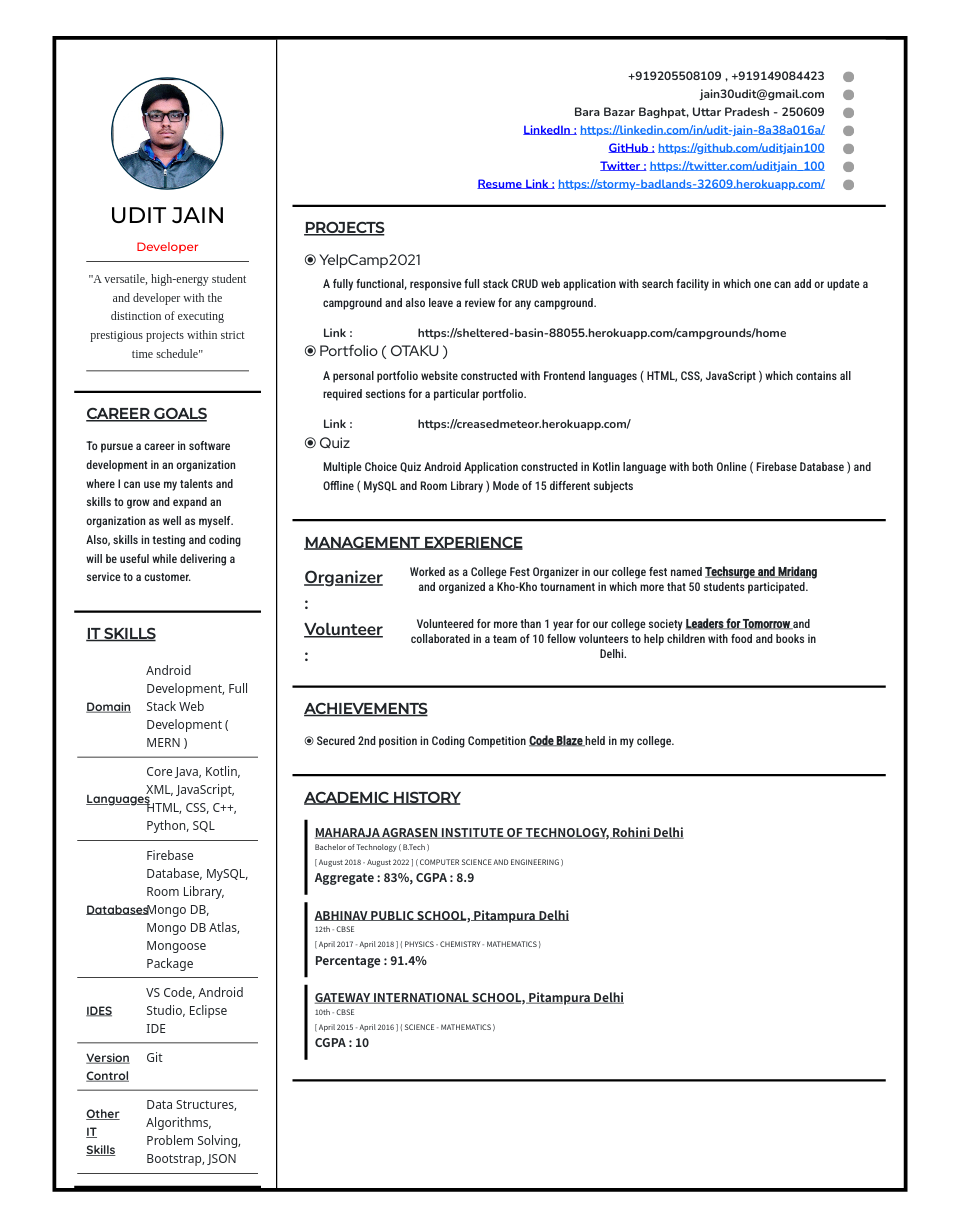
Repository: uditjain100/Resume
Page: app.html
The author's editor kept a copy of each file at every save. The page is drawn from the files as they stood at one save, then again after the next save.
The browser window is 1280 px wide. The pictures show the whole page, at 75% of full size.
Pictures or frames that could not be fetched are drawn as grey boxes. Some web fonts or font styles are not loaded; a fallback is used.

Above is the page before, as saved 2021-05-27 20:51:03.

After the next save:
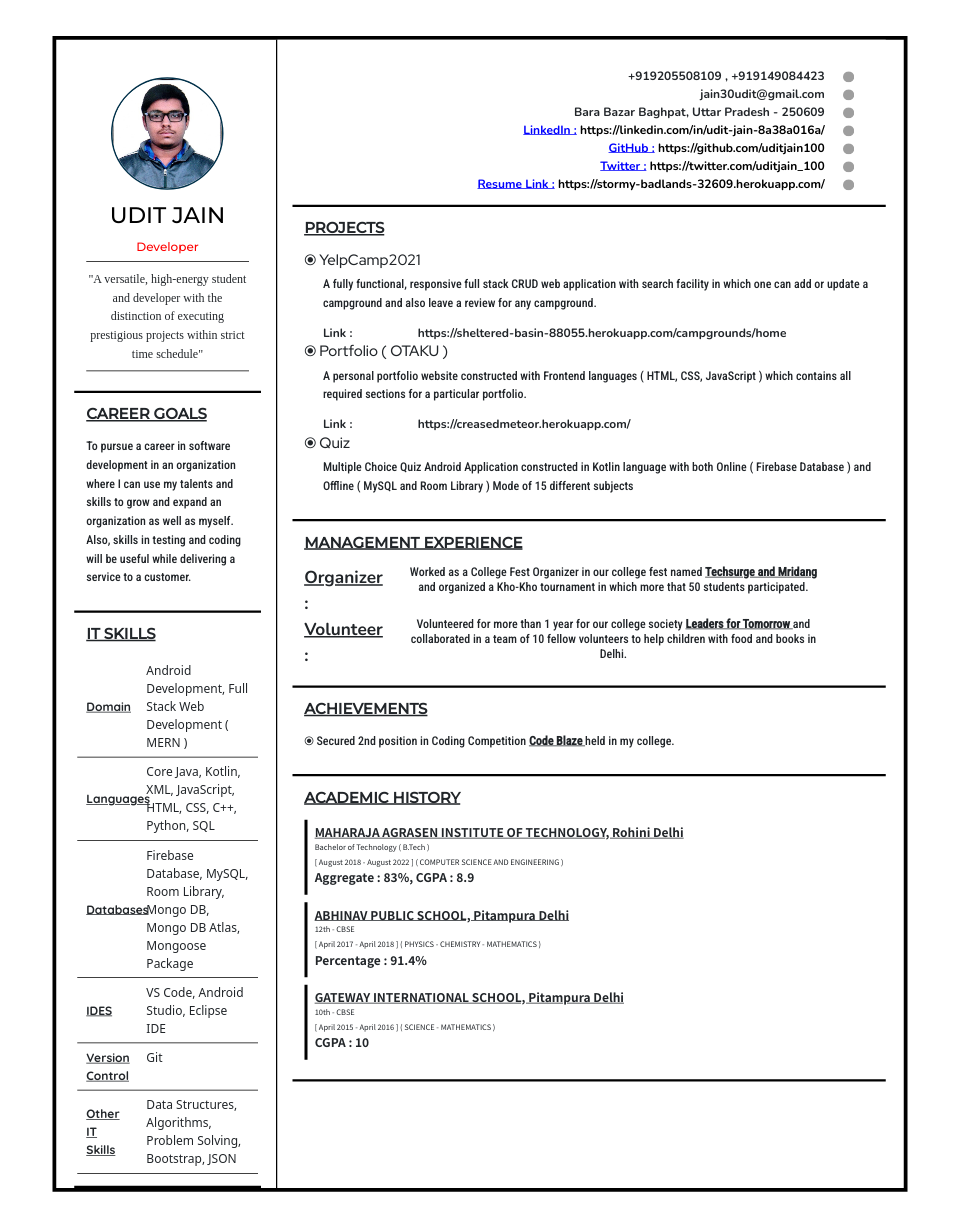
Saved 65 s later.
--- a/app.css
+++ b/app.css
@@ -160,7 +160,7 @@
 	text-decoration: underline;
 }
 
-#contactitem .col-11 a span {
+#contactitem .col-11 a {
 	color: black;
 	text-decoration: none;
 }

After the save that followed:
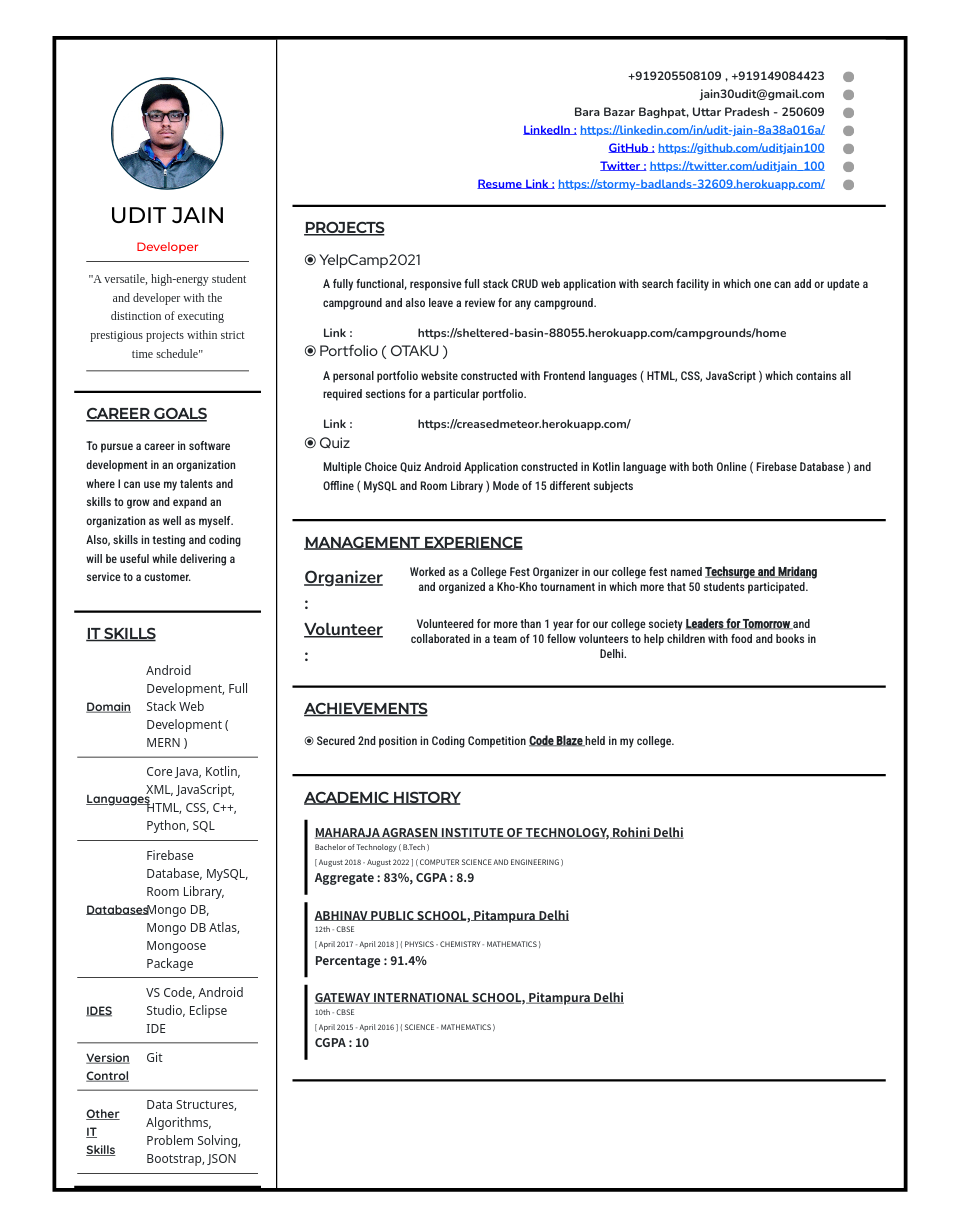
Saved 19 s later.
--- a/app.css
+++ b/app.css
@@ -160,11 +160,6 @@
 	text-decoration: underline;
 }
 
-#contactitem .col-11 a {
-	color: black;
-	text-decoration: none;
-}
-
 #educationtitle {
 	font-family: "Red Hat Display";
 	font-weight: 200;
